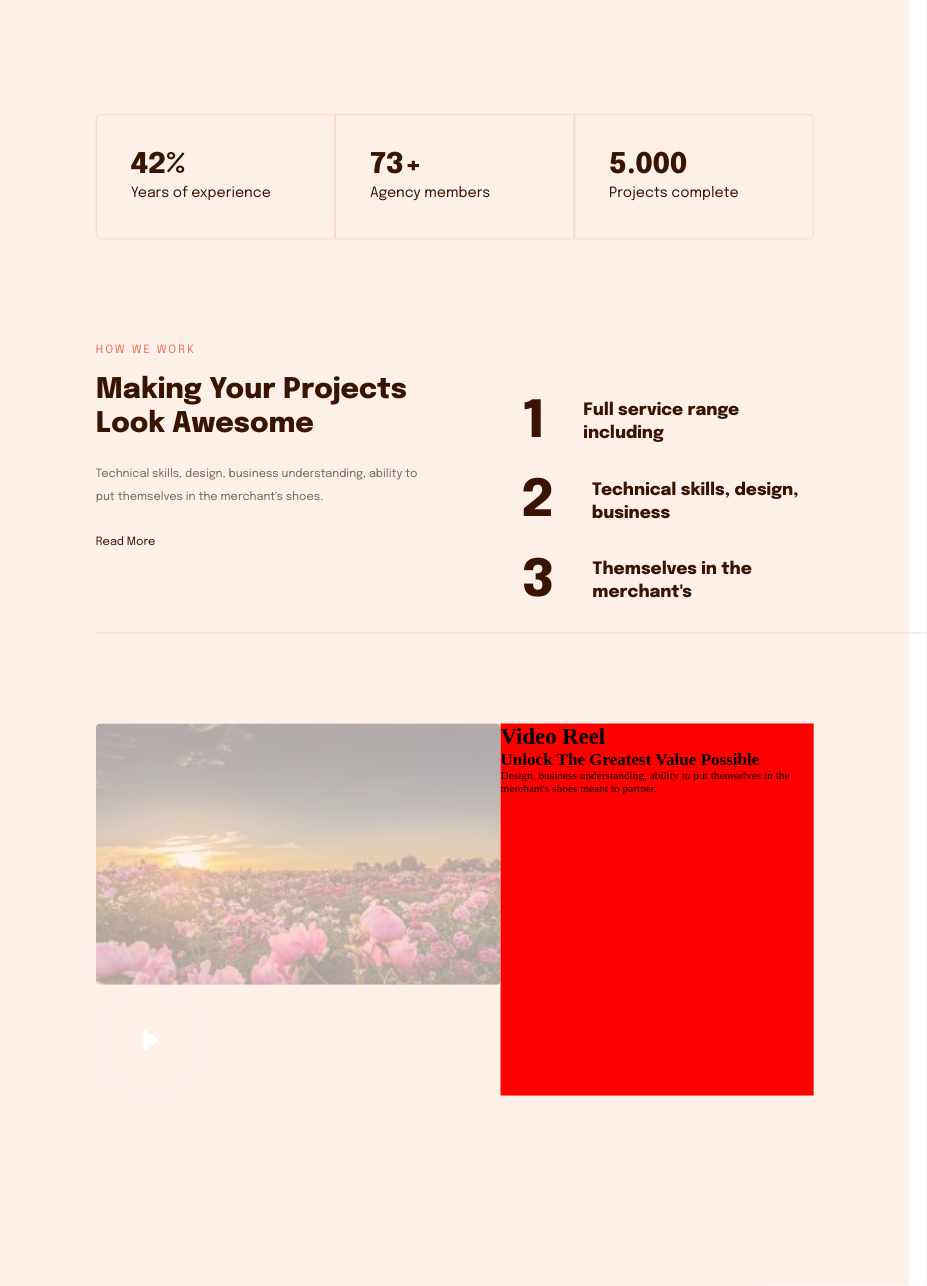
Repository: AytacJafarova/task2
Page: index.html
These files come from the project's save history. The page is drawn as it stood at one moment and after the next save; the edit follows.
The browser window is 1280 px wide. The page is 1305 px wide, so the pictures cover 1305 px, including what lies to the right of the window. The pictures show the whole page, at 71% of full size.

Above is the page before, as saved 2023-08-01 14:27:24.

### index.html
<!DOCTYPE html>
<html lang="en">

<head>
    <meta charset="UTF-8">
    <meta name="viewport" content="width=device-width, initial-scale=1.0">
    <title>Document</title>
    <link rel="stylesheet" href="./index.css">
</head>

<body>
    <div class="container">
        <div class="projects">
            <ul>
                <li>

                    <h1>42%</h1>
                    <p>Years of experience</p>
                </li>
                <li>
                    <h1>73+</h1>
                    <p>Agency members</p>
                </li>
                <li>
                    <h1>5.000</h1>
                    <p>Projects complete</p>
                </li>
            </ul>
        </div>
        <div class="work">
            <div class="box1">
                <h1>How we work</h1>
                <h2>Making Your Projects <br> Look Awesome</h2>
                <p>Technical skills, design, business understanding, ability to put themselves in the
                    merchant's shoes.</p>
                <a href="#">Read More</a>
            </div>
            <div class="box2">
                <ul>
                    <li>
                        <h1>1</h1>
                        <p>Full service range including</p>
                    </li>
                    <li>
                        <h1>2</h1>
                        <p>Technical skills, design, business</p>
                    </li>
                    <li>
                        <h1>3</h1>
                        <p>Themselves in the merchant's</p>
                    </li>
                </ul>
            </div>
        </div>
        <div class="border"></div>
        <div class="video">
            <div class="video-img">
                <img class="first" src="./images/images.jpg" alt="">
                <img src="./images/play.svg" alt="">
            </div>
            <div class="texts">
                <h1>Video Reel</h1>
                <h2>Unlock The Greatest Value Possible</h2>
                <p>Design, business understanding, ability to put themselves in the merchant's shoes meant to partner.
                </p>
            </div>
        </div>
    </div>
</body>

</html>

### index.css
@import url("https://fonts.googleapis.com/css2?family=Epilogue:wght@400;800&display=swap");
* {
  padding: 0;
  margin: 0;
  box-sizing: border-box;
}
.container {
  padding: 161px 134px 268px 135px;
  background: #fdf0e9;
}
.projects ul {
  display: flex;
  /* border-radius: 6px 0px 0px 6px; */
}
.projects ul li {
  display: flex;
  flex-direction: column;
  justify-content: center;
  list-style-type: none;
  border: 1px solid #f3d1bf;
  width: 33.33%;
  height: 176px;
  padding-left: 48px;
}
.projects li:first-child {
  border-radius: 6px 0px 0px 6px;
}
.projects li:last-child {
  border-radius: 0px 6px 6px 0px;
}

.projects ul li h1 {
  color: var(--text-dark, #391400);
  font-feature-settings: "clig" off, "liga" off;
  font-family: Epilogue;
  font-size: 40px;
  font-style: normal;
  font-weight: 800;
  line-height: 48px;
}
.projects ul li p {
  color: var(--text-dark, #391400);
  font-feature-settings: "clig" off, "liga" off;
  font-family: Epilogue;
  font-size: 20px;
  font-style: normal;
  font-weight: 400;
  line-height: 32px;
}
.work {
  display: flex;
  margin-top: 140px;
}
.box1 h1 {
  color: var(--text-dark-accent, #ef6d58);
  font-feature-settings: "clig" off, "liga" off;
  font-family: Epilogue;
  font-size: 16px;
  font-style: normal;
  font-weight: 400;
  line-height: 32px;
  letter-spacing: 3px;
  text-transform: uppercase;
  margin-bottom: 17px;
}
.box1 h2 {
  color: var(--text-dark, #391400);
  font-feature-settings: "clig" off, "liga" off;
  font-family: Epilogue;
  font-size: 40px;
  font-style: normal;
  font-weight: 800;
  line-height: 48px;
  margin-bottom: 30px;
}
.box1 p {
  width: 470px;
  height: 68px;
  flex-shrink: 0;
  color: var(--text-dark-gray, rgba(57, 20, 0, 0.64));
  font-feature-settings: "clig" off, "liga" off;
  font-family: Epilogue;
  font-size: 16px;
  font-style: normal;
  font-weight: 400;
  line-height: 32px;
  margin-bottom: 28px;
}
.box1 a {
  color: var(--text-dark, #391400);
  font-feature-settings: "clig" off, "liga" off;
  font-family: Epilogue;
  font-size: 16px;
  font-style: normal;
  font-weight: 400;
  line-height: 32px;
  text-decoration: none;
}
.box2 {
  display: flex;
  margin-left: 130px;
  margin-top: 78px;
}
.box2 ul li {
  display: flex;
  align-items: center;
  list-style-type: none;
  margin-bottom: 32px;
}
.box2 ul li h1 {
  margin-right: 55px;
  color: #391400;
  font-feature-settings: "clig" off, "liga" off;
  font-family: Epilogue;
  font-size: 72px;
  font-style: normal;
  font-weight: 800;
  line-height: 80px;
  letter-spacing: -2px;
}
.box2 ul li p {
  color: var(--text-dark, #391400);
  font-feature-settings: "clig" off, "liga" off;
  font-family: Epilogue;
  font-size: 24px;
  font-style: normal;
  font-weight: 700;
  line-height: 32px;
}
.border {
  width: 1170px;
  height: 1px;
  flex-shrink: 0;
  background: #f3d1bf;
}
.video {
  display: flex;
  margin-top: 127px;
}
.video .texts{
    background-color: red;
}
.video .video-img .first {
  width: 570px;
  height: 368px;
  flex-shrink: 0;
  border-radius: 6px;
  opacity: 0.318057119846344;
  background: #5c2000;
}
.video .video-img img {
  width: 148px;
  height: 148px;
  flex-shrink: 0;
  color: #FFFF;
  margin-bottom: 0;
  /* position: absolute; */
}
.video-img {
  /* position: relative; */
}

After the next save:
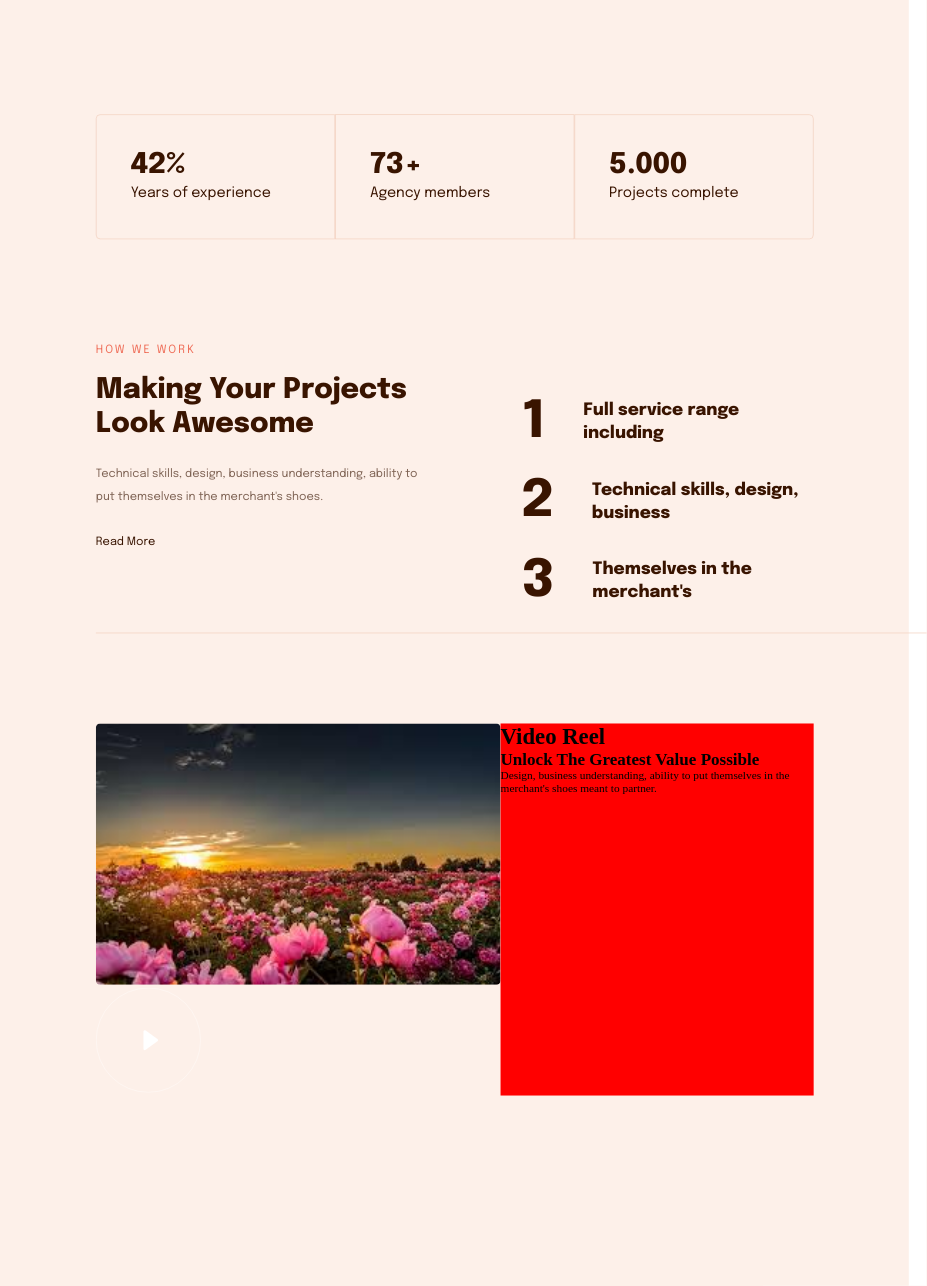
Saved 23 s later.
--- a/index.css
+++ b/index.css
@@ -145,7 +145,6 @@
   height: 368px;
   flex-shrink: 0;
   border-radius: 6px;
-  opacity: 0.318057119846344;
   background: #5c2000;
 }
 .video .video-img img {
